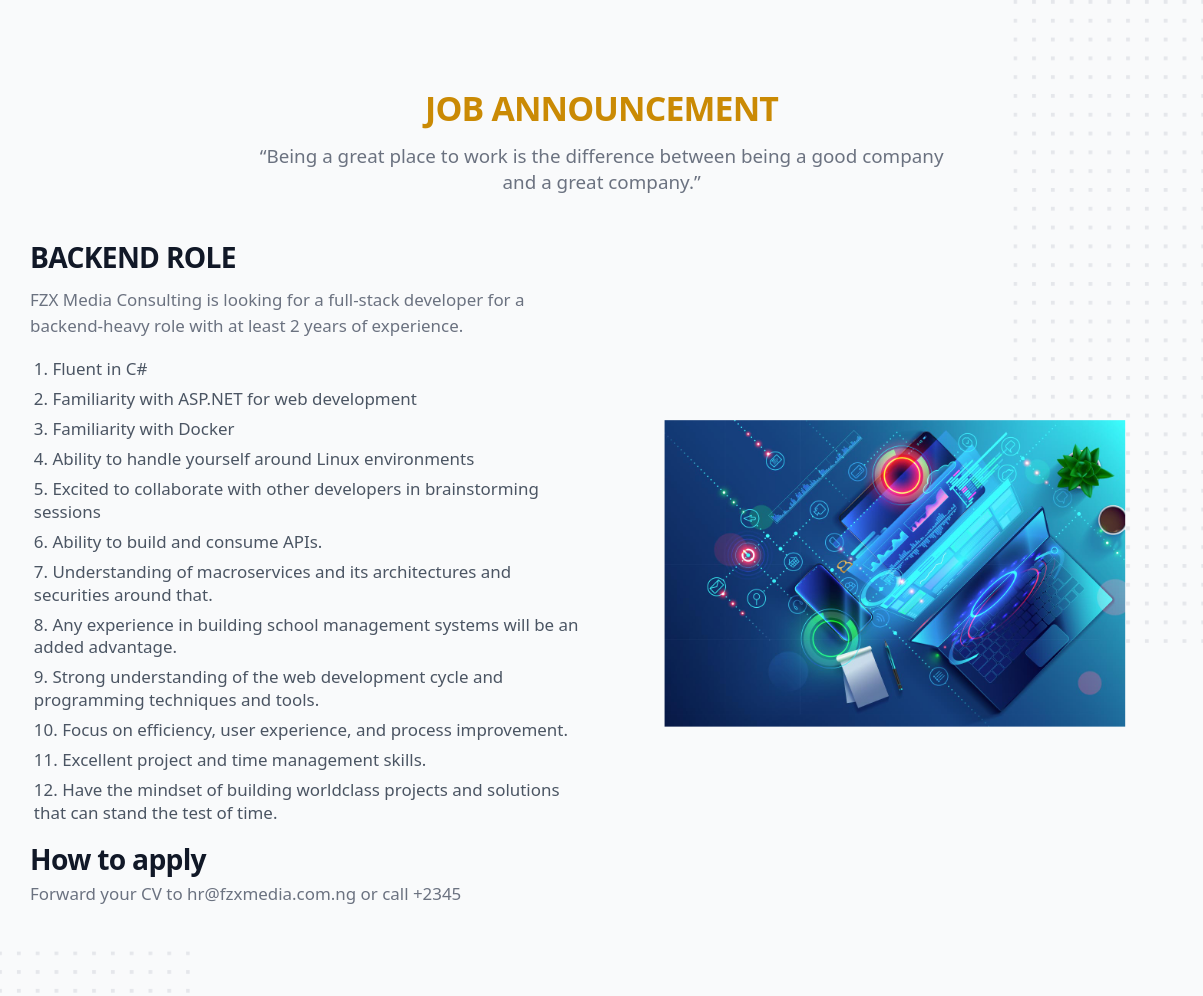
Repository: emorilebo/invotec
Page: /jobs
These files come from the project's save history. The page is drawn as it stood at one moment and after a run of saves; the edit follows.
The browser window is 1280 px wide. The pictures show the whole page, at 94% of full size.
The project was rebuilt for these pictures with package versions that can differ from the ones it lists, and the page was loaded fresh each time. The framework's server and built-in components were replaced by stand-ins that run in the browser. Also part of the build but not shown: next.config.js.

Above is the page before, as saved 2022-12-07 11:39:31.

After the next 8 saves:
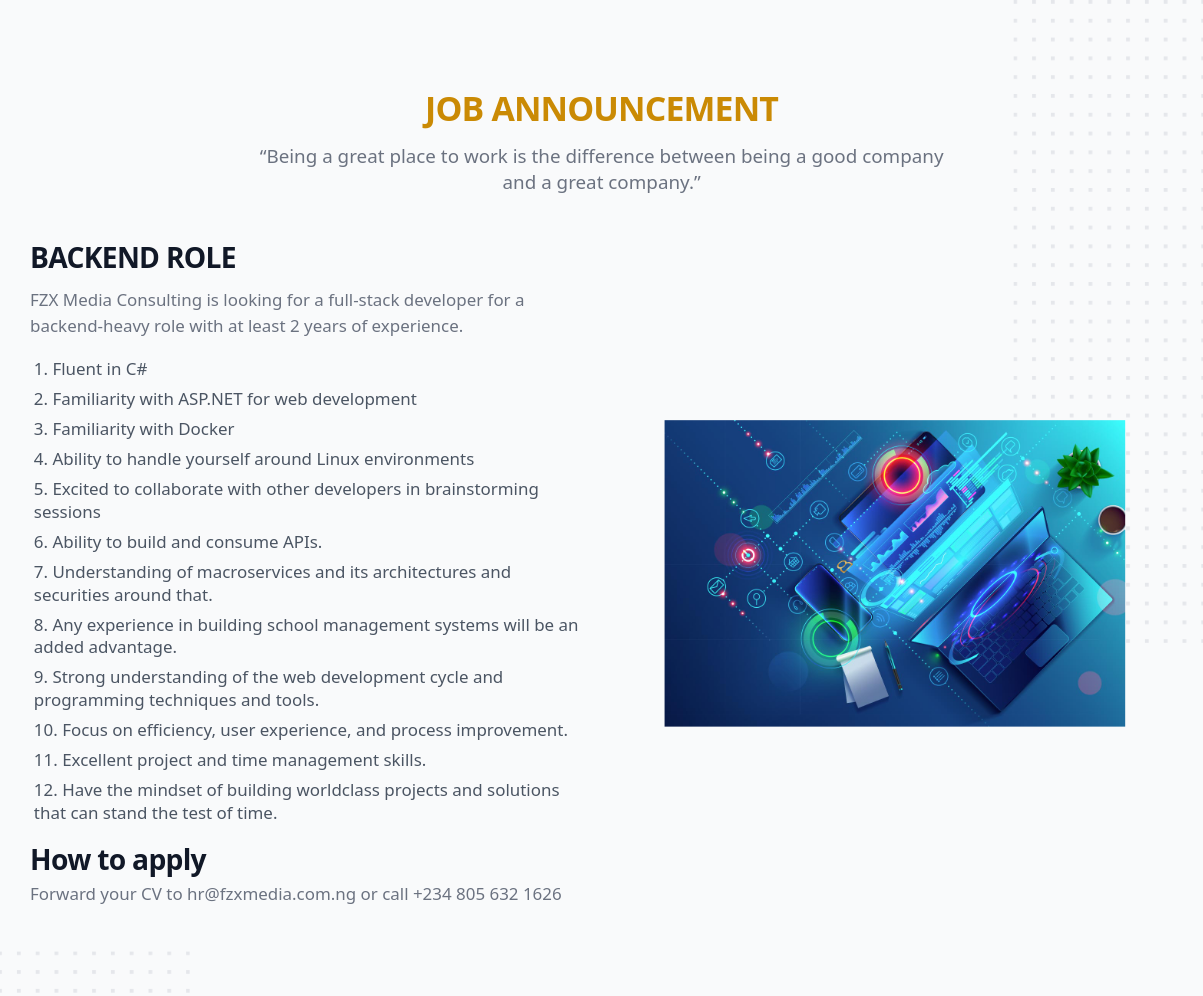
The 8 saves are shown as one change because they came seconds apart.
The last was saved 19 s later.
--- a/pages/jobs.tsx
+++ b/pages/jobs.tsx
@@ -185,7 +185,7 @@
               How to apply
             </h3>
             <p className="mt-1 text-lg text-gray-500">
-              Forward your CV to hr@fzxmedia.com.ng or call +2345
+              Forward your CV to hr@fzxmedia.com.ng or call +234 805 632 1626
             </p>
 
           </div>
